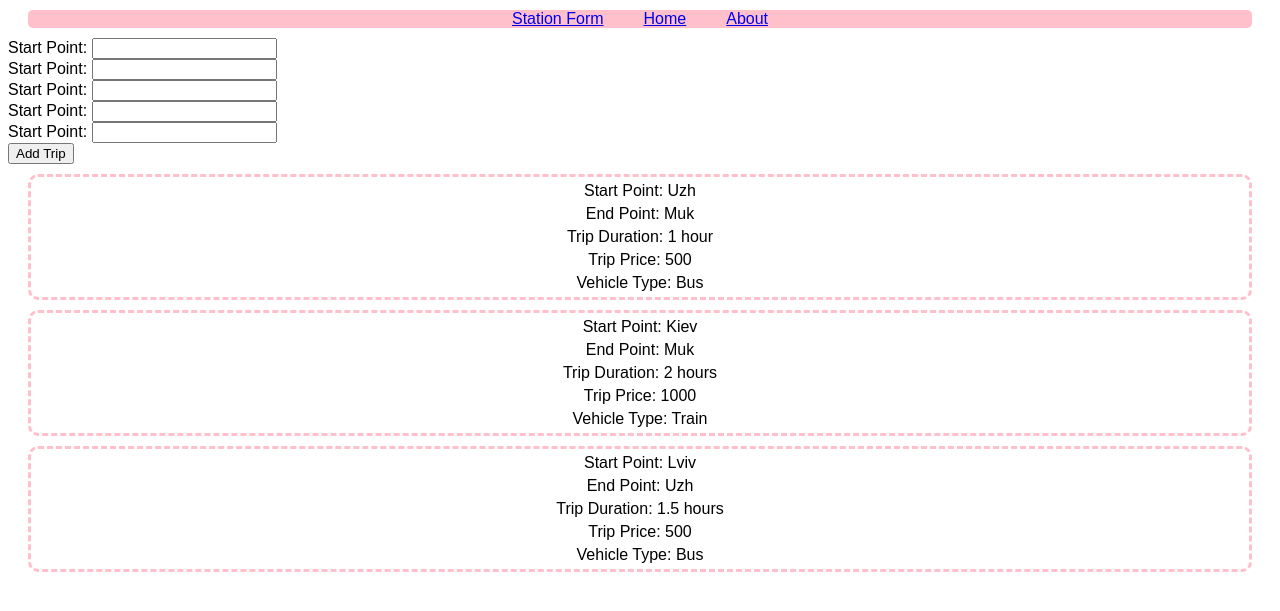
Repository: rutsguifd/mkr2
Page: /#/station-form
An editor plug-in stored every save of this project. The page is shown before and after the next save, followed by the edit.
The browser window is 1280 px wide. The pictures show the whole page.
The project was rebuilt for these pictures with package versions that can differ from the ones it lists, and the page was loaded fresh each time. Also part of the build but not shown: src/views/Home.vue, src/views/About.vue.

Above is the page before, as saved 2021-12-21 20:31:12.

### src/App.vue
<template>
  <div>
    <router-view />
  </div>
</template>

<script>
  export default {

  }
</script>

<style lang="scss" scoped>

</style>

### src/router/index.js
import { createRouter, createWebHashHistory } from 'vue-router'
import Home from '../views/Home.vue'
import About from '../views/About.vue'
import StationForm from '../views/StationForm.vue'


const routes = [
  {
    path: '/',
    name: 'Home',
    component: Home
  },
  {
    path: '/about',
    name: 'About',
    component: About
  },
  {
    path: '/station-form',
    name: 'StationForm',
    component: StationForm
  }
]

const router = createRouter({
  history: createWebHashHistory(),
  routes
})

export default router

### src/store/index.js
import { createStore } from 'vuex'

export default createStore({
  state: {
    tripInfo: [
      {
        id: 1,
        tripStart: "Uzh",
        tripEnd: "Muk",
        tripDuration: "1 hour",
        tripPrice: "500",
        vehicle: "Bus"
      },
      {
        id: 2,
        tripStart: "Kiev",
        tripEnd: "Muk",
        tripDuration: "2 hours",
        tripPrice: "1000",
        vehicle: "Train"
      },
      {
        id: 3,
        tripStart: "Lviv",
        tripEnd: "Uzh",
        tripDuration: "1.5 hours",
        tripPrice: "500",
        vehicle: "Bus"
      }
    ]
  },
  mutations: {
    addTrip(state, trip) {
      state.tripInfo.push({
        tripStart: trip.start,
        tripEnd: trip.end,
        tripDuration: trip.dur,
        tripPrice: trip.price,
        vehicle: trip.veh
      })
    }
  },
  actions: {
  },
  getters: {
    AllTrips(state) {
      return state.tripInfo
    }
  }
})

### src/views/StationForm.vue
<template>
    <div>
        <Header />
        <AddTrip />
        <trip-card v-for="(trip) in AllTrips" :key="trip.id" :trip="trip"/>
    </div>
</template>

<script>
import {mapGetters} from 'vuex'
import AddTrip from '../components/AddTrip.vue'
import Header from '../components/Header.vue'
import TripCard from '../components/TripCard.vue'
    export default {
        name: "StationForm",
        components: {
            TripCard,
            Header,
            AddTrip
        },
        computed: mapGetters(['AllTrips'])
    }
</script>

<style lang="scss" scoped>
* {
  margin: 0;
  padding: 0;
  box-sizing: border-box;
  font-family: "Fira Sans", sans-serif;
}
</style>

### src/components/Header.vue
<template>
  <div class="header">
    <span><router-link to="/station-form">Station Form</router-link></span>
    <span><router-link to="/">Home</router-link></span>
    <span><router-link to="/about">About</router-link></span>
  </div>
</template>

<script>
export default {};
</script>

<style lang="scss" scoped>
.header{
    text-align: center;
    margin: 10px 20px;
    background: pink;
    border-radius: 5px;
    span{
        margin: 0px 20px;
    }
}
</style>

### src/components/AddTrip.vue
<template>
  <div>
    <div>
      <label>
        Start Point:
        <input type="text" v-model="tripStart" />
      </label>
    </div>
    <div>
      <label>
        Start Point:
        <input type="text" v-model="tripEnd" />
      </label>
    </div>
    <div>
      <label>
        Start Point:
        <input type="text" v-model="tripDuration" />
      </label>
    </div>
    <div>
      <label>
        Start Point:
        <input type="text" v-model="tripPrice" />
      </label>
    </div>
    <div>
      <label>
        Start Point:
        <input type="text" v-model="vehicle" />
      </label>
    </div>
    <button @click="add">Add Trip</button>
  </div>
</template>

<script>
import { mapMutations } from 'vuex'
    export default {
        data() {
            return {
                tripStart: "",
                tripEnd: "",
                tripDuration: "",
                tripPrice: "",
                vehicle: ""
            }
        },
        methods: {
            ...mapMutations(["addTrip"]),
            add() {
                this.addTrip({
                id: Date.now(),
                start: this.tripStart,
                end: this.tripEnd,
                dur: this.tripDuration,
                price: this.tripPrice,
                veh: this.vehicle
                }),
                this.tripStart = ""
                this.tripEnd = ""
                this.tripDuration = ""
                this.tripPrice = ""
                this.vehicle = ""
            }
        }
    }
</script>

<style lang="scss" scoped>
</style>

### src/components/TripCard.vue
<template>
    <div class="card">
        <div>Start Point: {{trip.tripStart}}</div>
        <div>End Point: {{trip.tripEnd}}</div>
        <div>Trip Duration: {{trip.tripDuration}}</div>
        <div>Trip Price: {{trip.tripPrice}}</div>
        <div>Vehicle Type: {{trip.vehicle}}</div>
    </div>
</template>

<script>
    export default {
        name: "TripCard",
        props: ["trip"]
    }
</script>

<style lang="scss" scoped>
.card{
    text-align: center;
    margin: 10px 20px;
    border: 3px dashed pink;
    border-radius: 10px;
    div{
        margin: 5px 0px;
    }
}
</style>

Loaded but not shown: public/index.html (common file); src/main.js (common file)

After the next save:
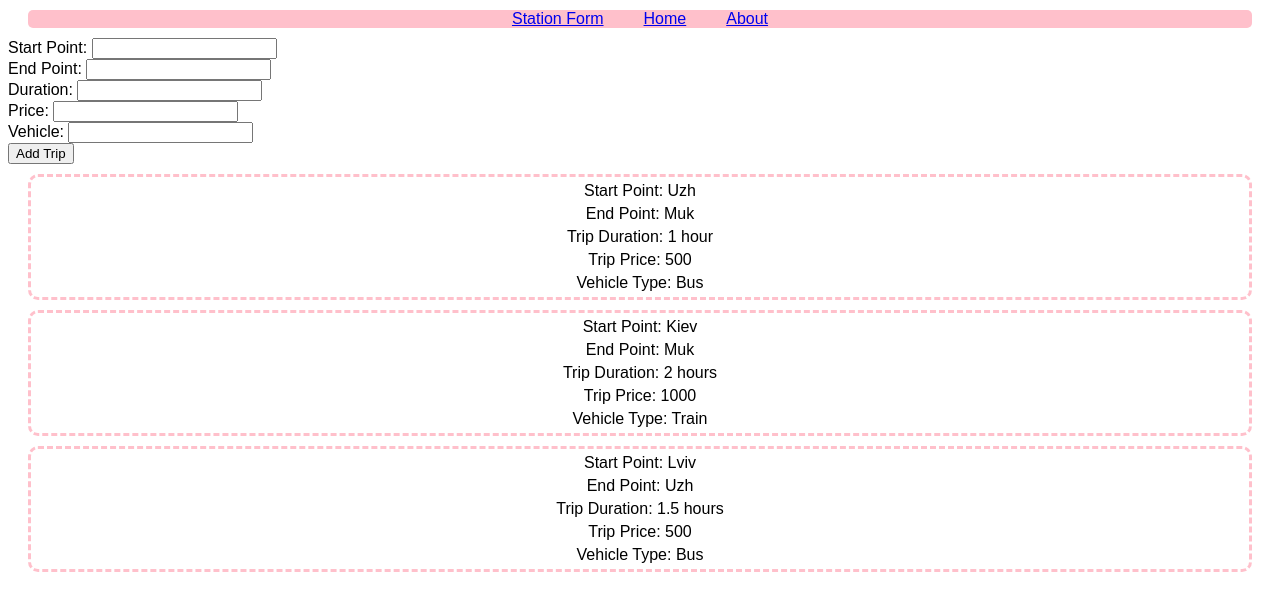
Saved 46 s later.
--- a/src/components/AddTrip.vue
+++ b/src/components/AddTrip.vue
@@ -8,25 +8,25 @@
     </div>
     <div>
       <label>
-        Start Point:
+        End Point:
         <input type="text" v-model="tripEnd" />
       </label>
     </div>
     <div>
       <label>
-        Start Point:
+        Duration:
         <input type="text" v-model="tripDuration" />
       </label>
     </div>
     <div>
       <label>
-        Start Point:
+        Price:
         <input type="text" v-model="tripPrice" />
       </label>
     </div>
     <div>
       <label>
-        Start Point:
+        Vehicle:
         <input type="text" v-model="vehicle" />
       </label>
     </div>
